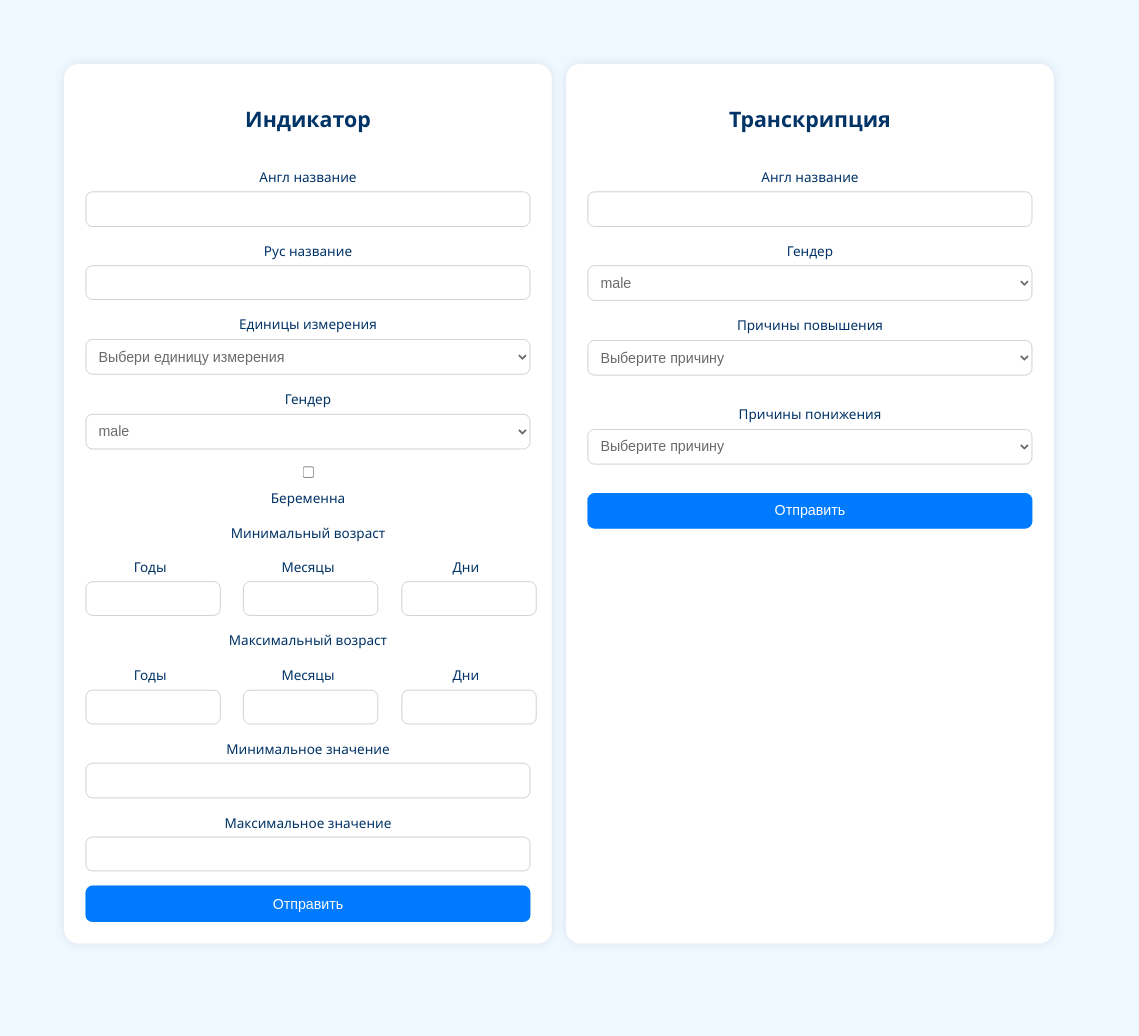
Repository: GGlebux/Transay
Page: / (app in frontend/)
These files come from the project's save history. The page is drawn as it stood at one moment and after the next save; the edit follows.
The browser window is 1280 px wide. The pictures show the whole page, at 89% of full size.
The project was rebuilt for these pictures with package versions that can differ from the ones it lists, and the page was loaded fresh each time. Also part of the build but not shown: frontend/vite.config.ts.

Above is the page before, as saved 2025-08-04 17:03:59.

After the next save:
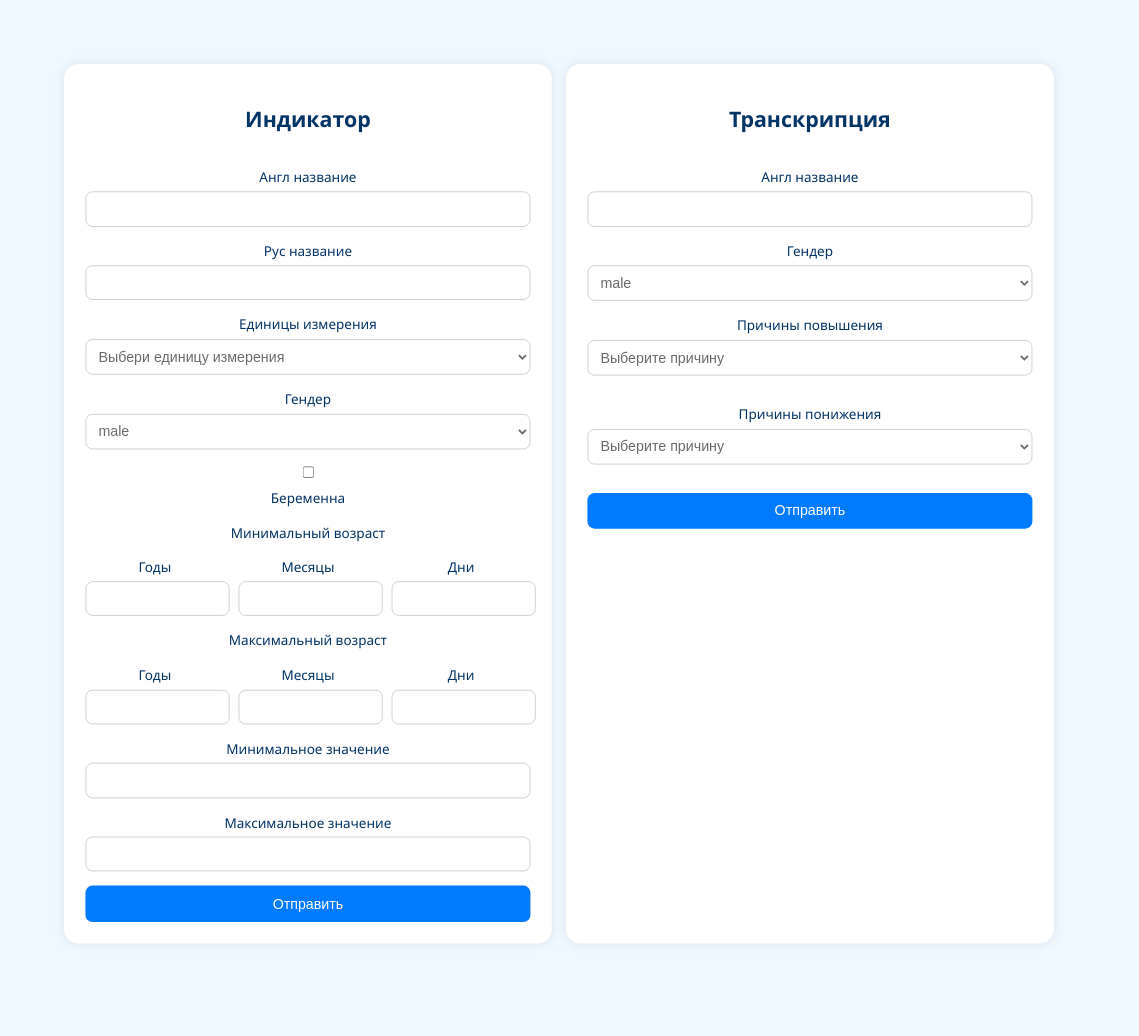
Saved 6 s later.
--- a/frontend/src/styles/forms.css
+++ b/frontend/src/styles/forms.css
@@ -68,7 +68,7 @@ button:hover {
 .age-row {
   display: inline-flex;
   min-width: 500px;
-  gap: 2rem;
+  gap: 1rem;
 }
 
 .age-row input {
